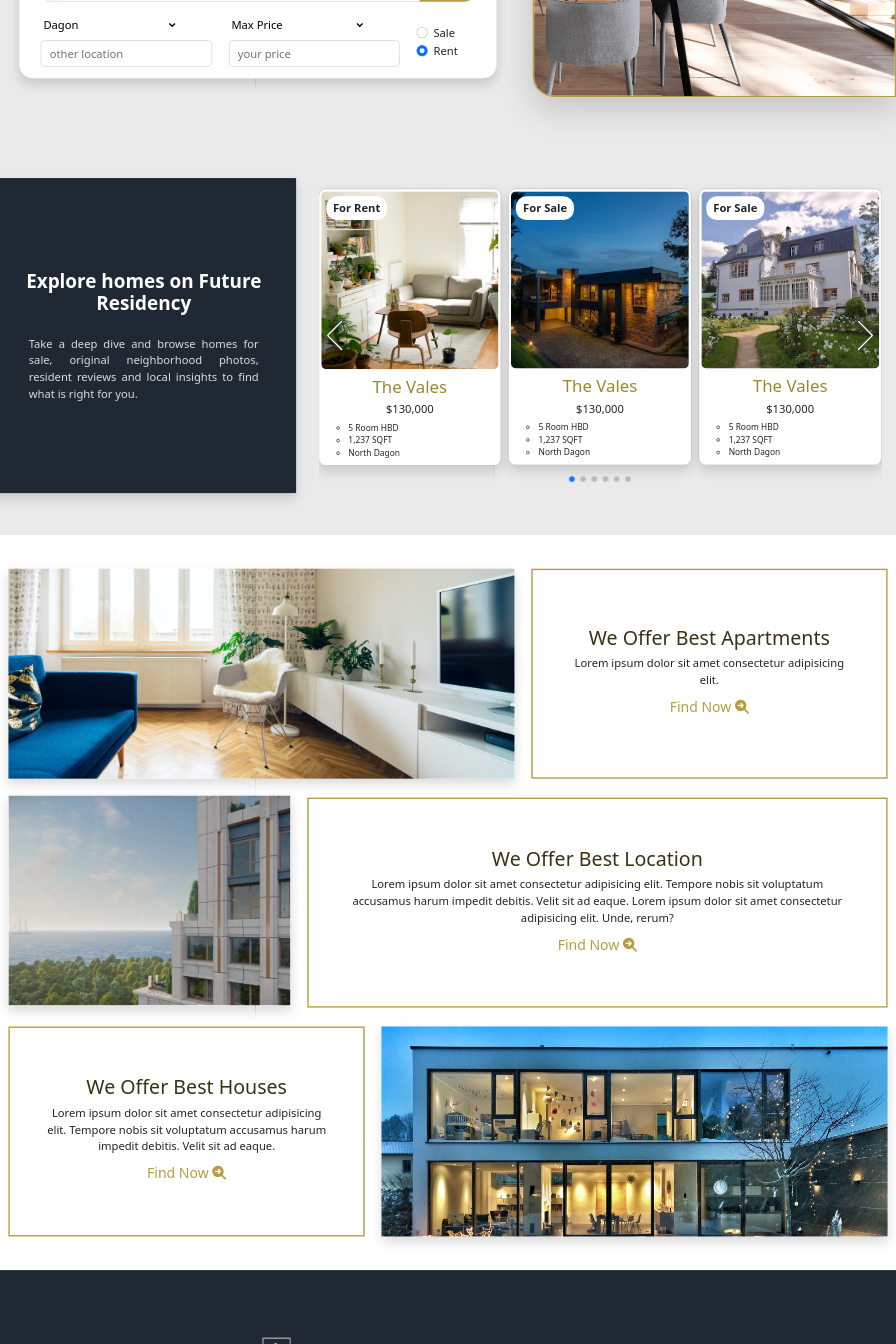
Repository: pyaestk/Future-residency
Page: index.html
An editor plug-in stored every save of this project. The page is shown before and after the next save, followed by the edit.
The browser window is 1280 px wide. The pictures show the part of the page from y = 508 to 2428 px (the page is 2765 px tall), at 70% of full size.
Pictures or frames that could not be fetched are drawn as grey boxes.

Above is the page before, as saved 2022-12-06 21:40:14.

### index.html
<!doctype html>
<html lang="en">

<head>
  <meta charset="utf-8">
  <meta name="viewport" content="width=device-width, initial-scale=1, minimum-scale=1, maximum-scale=1 ">
  <title>FUTURE-RESIDENCY</title>
  <!--bootstrap-->
  <link href="https://cdn.jsdelivr.net/npm/bootstrap@5.2.3/dist/css/bootstrap.min.css" rel="stylesheet"
    integrity="sha384-rbsA2VBKQhggwzxH7pPCaAqO46MgnOM80zW1RWuH61DGLwZJEdK2Kadq2F9CUG65" crossorigin="anonymous">

  <!--custom css-->
  <link rel="stylesheet" href="style.css" type="text/css">
  <link rel="stylesheet" href="styleMobileview.css" type="text/css">
  <link rel="stylesheet" href="styleTabletview.css" type="text/css">

  <!--font awesome-->
  <link rel="stylesheet" href="https://cdnjs.cloudflare.com/ajax/libs/font-awesome/6.2.1/css/all.min.css"
    integrity="sha512-MV7K8+y+gLIBoVD59lQIYicR65iaqukzvf/nwasF0nqhPay5w/9lJmVM2hMDcnK1OnMGCdVK+iQrJ7lzPJQd1w=="
    crossorigin="anonymous" referrerpolicy="no-referrer" />

  <!--swiper js-->
  <link rel="stylesheet" href="https://cdn.jsdelivr.net/npm/swiper@8/swiper-bundle.min.css" />

</head>

<body>

  <!-- background -->
  <div class="background"></div>
  <!--navigation-->
  <nav class="shadow">
    <div class="logo-area">
      <img src="img/FUTURE_ReSIDENCY-removebg-preview.png" alt="logo" class="logo">
      <span>FUTURE-RESIDENCY</span>
    </div>


    <!--desktop-->
    <div class="navlinks" id="nav-right">
      <div class="icon closeMenubar shadow" onclick="hideMenu()">
        <i class="fa-solid fa-xmark"></i>
      </div>
      <ul>
        <li><a href="#home">HOME</a></li>
        <li><a href="properties.html">PROPERTIES</a></li>
        <li><a href="aboutUs.html">ABOUT US</a></li>
        <li><a href="contactUs.html">CONTACT US</a></li>
        <a href="singIn.html" class="navibutton">JOIN</a></li>
      </ul>
    </div>
    <div class="icon openMenubar">
      <i class="fa-solid fa-bars" onclick="showMenu()"></i>
    </div>
  </nav>
  <!--end navigation-->


  <!--jumbotron-->
  <div class="jumbotron mb-5" id="home">
    <div class="row mt-3">

      <div class="col-md-7 content">
        <div class="row px-5 text-center">
          <div class="col-md-12 mt-4 px-1">
            <div class="subtext text-center">
              <h4>Future Residency Real Estate</h4>
            </div>
            <p>Discover A Place You'll Love To Live</p>
            <div class="subtext my-4 text-center">
              Save thousands. Use our innovative technology to walk you
              step-by-step through the home buying and selling process.
            </div>
            <hr>
          </div>
        </div>

        <div class="row justify-content-md-center formsession">
          <div class="col-md-12">
            <div class="mb-3 text-center"><span>Let's find a home that's perfect for you <i
                  class="fa-sharp fa-solid fa-caret-down"></i></span></div>
            <div class="searchSection shadow  py-3 ">
              <div class="row">
                <div class="container input-group form-area mb-3 searchgroup">
                  <input type="text" class="form-control searchbar" placeholder="Address, neighborhood, city, ZIP code">
                  <button><i class="fa-solid fa-magnifying-glass"></i></button>
                </div>
              </div>
              <div class="row">
                <div class="col-md-5 col">
                  <select name="" id="">
                    <option value="">Dagon</option>
                    <option value="">North Dagon</option>
                    <option value="">Yankin</option>
                    <option value="">San Chaung</option>
                  </select>
                  <input type="text" class="form-control" placeholder="other location">
                </div>
                <div class="col-md-5 col">
                  <select name="" id="">
                    <option value="">Max Price</option>
                    <option value="">Average</option>
                    <option value="">Min Price</option>
                  </select>
                  <input type="text" class="form-control" placeholder="your price">
                </div>
                <div class="col-md-2 pt-3 col-3">
                  <div class="form-check">
                    <input class="form-check-input" type="radio" name="flexRadioDefault" id="flexRadioDefault1">
                    <label class="form-check-label" for="flexRadioDefault1">
                      Sale
                    </label>
                  </div>
                  <div class="form-check">
                    <input class="form-check-input" type="radio" name="flexRadioDefault" id="flexRadioDefault2" checked>
                    <label class="form-check-label" for="flexRadioDefault2">
                      Rent
                    </label>
                  </div>
                </div>
              </div>
            </div>
          </div>
        </div>
      </div>

      <div class="col-md-5 text-center customCarousel my-2">
        <div id="carouselExampleCaptions" class="carousel slide w-100" data-bs-ride="true">
          <div class="carousel-inner carouselborder shadow-lg">
            <div class="carousel-item active">
              <img src="img/carousel1.jpg" class="img-fluid d-block w-100" alt="...">
            </div>
            <div class="carousel-item">
              <img src="img/carousel2.jpg" class="img-fluid d-block w-100" alt="...">
            </div>
            <div class="carousel-item">
              <img src="img/carousel3.jpg" class="img-fluid d-block w-100" alt="...">
            </div>
          </div>
          <button class="carousel-control-next" type="button" data-bs-target="#carouselExampleCaptions"
            data-bs-slide="next">
            <span class="carousel-control-next-icon" aria-hidden="true"></span>
            <span class="visually-hidden">Next</span>
          </button>
        </div>
      </div>
    </div>
  </div>
  <!--end jumbotron-->

  <div class="group1">
    <div class="row">

      <div class="col-md-4">
        <div class="row label2 shadow">
          <div class="col-md-12 text-center">

            <h3>Explore homes on Future Residency</h3>
            <p class="sublabel">
              Take a deep dive and browse homes for sale, original neighborhood photos, resident reviews and local
              insights to find what is right for you.
            </p>

          </div>
        </div>
      </div>

      <div class="col-md-8">

        <div class="row featuredcard">
          <div class="col-md-12">
            <!--index swiperJs-->
            <div class="swiper mySwiper">
              <div class="swiper-wrapper mb-4">
                <div class="swiper-slide">

                  <div class="card salecard shadow">
                    <div class="salecard-img">
                      <img src="img/apartment1.jpg" class="card-img-top" alt="...">
                      <div class="layer">
                        <h6> See More <i class="fa-sharp fa-solid fa-arrow-right-from-bracket"></i></h6>
                      </div>
                      <div class="layer2">
                        <span>For Rent</span>
                      </div>
                    </div>
                    <div class="salecard-body">
                      <div class="row">
                        <div class="col-md-12 text-center">
                          <h4>The Vales</h4>
                          <h6>$130,000</h6>
                        </div>
                        <div class="col-md-12">
                          <li>5 Room HBD</li>
                          <li>1,237 SQFT</li>
                          <li>North Dagon</li>
                        </div>
                      </div>
                    </div>
                  </div>

                </div>
                <div class="swiper-slide">

                  <div class="card salecard shadow">
                    <div class="salecard-img">
                      <img src="img/house3.jpg" class="card-img-top" alt="...">
                      <div class="layer">
                        <h6> See More <i class="fa-sharp fa-solid fa-arrow-right-from-bracket"></i></h6>
                      </div>
                      <div class="layer2">
                        <span>For Sale</span>
                      </div>
                    </div>
                    <div class="salecard-body">
                      <div class="row">
                        <div class="col-md-12 text-center">
                          <h4>The Vales</h4>
                          <h6>$130,000</h6>
                        </div>
                        <div class="col-md-12">
                          <li>5 Room HBD</li>
                          <li>1,237 SQFT</li>
                          <li>North Dagon</li>
                        </div>
                      </div>
                    </div>
                  </div>

                </div>
                <div class="swiper-slide">

                  <div class="card salecard shadow">
                    <div class="salecard-img">
                      <img src="img/house1.jpg" class="card-img-top" alt="...">
                      <div class="layer">
                        <h6> See More <i class="fa-sharp fa-solid fa-arrow-right-from-bracket"></i></h6>
                      </div>
                      <div class="layer2">
                        <span>For Sale</span>
                      </div>
                    </div>
                    <div class="salecard-body">
                      <div class="row">
                        <div class="col-md-12 text-center">
                          <h4>The Vales</h4>
                          <h6>$130,000</h6>
                        </div>
                        <div class="col-md-12">
                          <li>5 Room HBD</li>
                          <li>1,237 SQFT</li>
                          <li>North Dagon</li>
                        </div>
                      </div>
                    </div>
                  </div>

                </div>
                <div class="swiper-slide">

                  <div class="card salecard shadow">
                    <div class="salecard-img">
                      <img src="img/house5.jpg" class="card-img-top" alt="...">
                      <div class="layer">
                        <h6> See More <i class="fa-sharp fa-solid fa-arrow-right-from-bracket"></i></h6>
                      </div>
                      <div class="layer2">
                        <span>For Sale</span>
                      </div>
                    </div>
                    <div class="salecard-body">
                      <div class="row">
                        <div class="col-md-12 text-center">
                          <h4>The Vales</h4>
                          <h6>$130,000</h6>
                        </div>
                        <div class="col-md-12">
                          <li>5 Room HBD</li>
                          <li>1,237 SQFT</li>
                          <li>North Dagon</li>
                        </div>
                      </div>
                    </div>
                  </div>

                </div>
                <div class="swiper-slide">

                  <div class="card salecard shadow">
                    <div class="salecard-img">
                      <img src="img/house10.jpg" class="card-img-top" alt="...">
                      <div class="layer">
                        <h6> See More <i class="fa-sharp fa-solid fa-arrow-right-from-bracket"></i></h6>
                      </div>
                      <div class="layer2">
                        <span>For Sale</span>
                      </div>
                    </div>
                    <div class="salecard-body">
                      <div class="row">
                        <div class="col-md-12 text-center">
                          <h4>The Vales</h4>
                          <h6>$130,000</h6>
                        </div>
                        <div class="col-md-12">
                          <li>5 Room HBD</li>
                          <li>1,237 SQFT</li>
                          <li>North Dagon</li>
                        </div>
                      </div>
                    </div>
                  </div>

                </div>
                <div class="swiper-slide">

                  <div class="card salecard shadow">
                    <div class="salecard-img">
                      <img src="img/apartment5.jpg" class="card-img-top" alt="...">
                      <div class="layer">
                        <h6> See More <i class="fa-sharp fa-solid fa-arrow-right-from-bracket"></i></h6>
                      </div>
                      <div class="layer2">
                        <span>For Rent</span>
                      </div>
                    </div>
                    <div class="salecard-body">
                      <div class="row">
                        <div class="col-md-12 text-center">
                          <h4>The Vales</h4>
                          <h6>$130,000</h6>
                        </div>
                        <div class="col-md-12">
                          <li>5 Room HBD</li>
                          <li>1,237 SQFT</li>
                          <li>North Dagon</li>
                        </div>
                      </div>
                    </div>
                  </div>

                </div>

              </div>

              <div class="swiper-button-next" style="color: #ffffff;   -webkit-text-stroke-width: 1px;
              -webkit-text-stroke-color: #1F2833;"></div>

              <div class="swiper-button-prev text-light" style="color: #ffffff;   -webkit-text-stroke-width: 1px;
              -webkit-text-stroke-color: #1F2833;"></div>

              <div class="swiper-pagination"></div>
            </div>
          </div>
          <!--swiperJs end-->
        </div>
      </div>

    </div>
  </div>
  <!--group1 end-->




  <div class="container-fluid pt-5">
    <div class="row pic-container">
      <div class="col-md-7">
        <div class="pic1">
          <img class="shadow" src="img/jarek-ceborski-jn7uVeCdf6U-unsplash.jpg" alt="">
        </div>
      </div>
      <div class=" col-md-5 d-flex flex-column justify-content-center">
        <div class="pic1-caption d-flex flex-column justify-content-center px-5 align-items-center">
          <h3>We Offer Best Apartments</h3>
          <span>Lorem ipsum dolor sit amet consectetur adipisicing elit.
          </span>
          <h6>Find Now <i class="fa-solid fa-magnifying-glass-arrow-right"></i></h6>
        </div>
      </div>
    </div>
  </div>
  <div class="container-fluid pt-2">
    <div class="row mt-3">
      <div class="col-md-4 vid">
        <video class="shadow" src="img/1624370561481-FbR_sea_fin_2905 - converted with Clipchamp.mp4" muted poster="img/Screenshot 2022-12-05 124058.jpg" onmouseover="this.play()" onmouseout="this.pause()"></video>
      </div>
      <div class=" col-md-8 d-flex flex-column justify-content-center">
        <div class="vid-caption px-5 d-flex flex-column justify-content-center align-items-center">
          <h3>We Offer Best Location</h3>
          <span>Lorem ipsum dolor sit amet consectetur adipisicing elit.
            Tempore nobis sit voluptatum accusamus harum impedit debitis.
            Velit sit ad eaque.
            Lorem ipsum dolor sit amet consectetur adipisicing elit. Unde, rerum?
          </span>
          <h6>Find Now <i class="fa-solid fa-magnifying-glass-arrow-right"></i></h6>
        </div>
      </div>

    </div>
  </div>

  <div class="container-fluid pt-2 mb-5">
    <div class="row mt-3 pic2-container">

      <div class=" col-md-5 d-flex flex-column justify-content-center">
        <div class="pic2-caption px-5 d-flex flex-column justify-content-center align-items-center">
          <h3>We Offer Best Houses</h3>
          <span>Lorem ipsum dolor sit amet consectetur adipisicing elit.
            Tempore nobis sit voluptatum accusamus harum impedit debitis.
            Velit sit ad eaque.
          </span>
          <h6>Find Now <i class="fa-solid fa-magnifying-glass-arrow-right"></i></h6>
        </div>
      </div>
      <div class="col-md-7 pic2">
        <img class="shadow" src="img/stephan-bechert-yFV39g6AZ5o-unsplash.jpg" alt="">
      </div>

    </div>
  </div>









  <!--footer-->
  <div class="footer pt-5">
    <div class="container text-center text-white">
      <div class="row">
        <div class="col-md-12 my-5">
          <h2><img src="img/FUTURE_ReSIDENCY-removebg-preview-modified.png" alt="logo" class="logo pb-2"><span>
              FUTURE-RESIDENCY </span> Real Estate</h2>
        </div>
      </div>
      <div class="row pb-5 gap-5 justify-content-md-center">
        <div class="col col-md-2">
          <h5>Our company</h5>
          <div>About Us</div>
          <div>Privacy Policy</div>
          <div>Terms of Service</div>
        </div>
        <div class="col-md-auto">
          <h5>Advertise with us</h5>
          <div>List a Property</div>
          <div>Business Solutions</div>
        </div>
        <div class="col col-md-2">
          <h5>Let Us Help</h5>
          <div>Avoid Scams</div>
          <div>Contact Us</div>
          <div>Site Map</div>
        </div>
      </div>
      <hr>
      <div class="row text-center pb-2">
        <div class="col-md-12">
          <span class="copyright">© 2022 Rent Group Inc. All rights reserved. All photos, videos, text and other content
            are the property of Future-Residency Group Inc. APARTMENT GUIDE and the APARTMENT GUIDE Trade Dress
            are registered trademarks of Future-Residency Inc. or its affiliates.</span>
        </div>
      </div>
    </div>
  </div>



  <!--swiper js-->
  <script src="https://cdn.jsdelivr.net/npm/swiper@8/swiper-bundle.min.js"></script>

  <!--javascript-->
  <script src="app.js"></script>

  <!--bootstrap-->
  <script src="https://cdn.jsdelivr.net/npm/bootstrap@5.2.3/dist/js/bootstrap.bundle.min.js"
    integrity="sha384-kenU1KFdBIe4zVF0s0G1M5b4hcpxyD9F7jL+jjXkk+Q2h455rYXK/7HAuoJl+0I4"
    crossorigin="anonymous"></script>
</body>

</html>

### styleMobileview.css

/* mobile view */

@media only screen and (max-width: 767px) {

  /* navigation */
  .icon{
    display: block;
    cursor: pointer;
  }
  nav{
    z-index: 1000;
  }
  .navlinks{
    position: absolute;
    background-color: rgb(216, 216, 216);
    height: 100vh;
    width: 100vw;
    top: 0;
    right: -100vw;
    text-align: left;
    z-index: 10;
    transition: .7s;
  }
  .navlinks ul li a{
    color: black;
  }
  .navlinks ul li{
    display: block;
    margin: 50px 0;
    border-radius: 20px;
  }
  .navlinks ul{
    padding-left: 0;
    text-align: center;
  }
  .navibutton{
    margin-left: 0;
    color: black;
    border: 2px solid black;
  }
  .navlinks .closeMenubar{
    background-color: white;
    display: block;
    padding: 15px 20px;
    text-align: end;
  }
  /* navigation end */

  /* jumbotron */
  .jumbotron p{
    font-size: 55px;
  }
  .subtext h4, .subtext{
    font-size: 13px;
  }
  .indexBackground{
    background: linear-gradient(90deg, #EAEAEA 65%, #EAEAEA -30%);
  }
  .searchSection{
    margin: 10px 10px;
  }
  .customCarousel{
    margin-left: 10px;
  }
  .carousel-control-next{
    padding-right: 30px;
  }
  /* jumbotron end */

  /* first group */
  .group1{
    padding-top: 10px;
    padding-bottom: 10px;
  }
  .label2{
    margin-left: 10px;
    border-radius: 10px;
    margin: 0 10px;
    padding: 40px 15px 40px 15px;
  }
  .label2 h3{
    font-size: 20px;
  }
  .sublabel{
    font-size: 13px;
    padding-top: 10px;
  }
  .salecard li{
    padding-left: 20px;
  }
  .featuredcard{
    padding: 0 10px;
  }
  /* second group */
  .group2 .col-md-8{
    order: 2;
  }
  .label{
    margin: 0 10px;
    padding: 30px 0;
    border-radius: 5px 20px 20px 5px;
  }
  .label h3{
    font-size: 20px;
    padding: 20px 10px;
  }


  .salecard h6{
    font-size: 12px;
    padding-bottom: 0;
  }
  .salecard li{
    font-size: 10px;
    list-style-type: circle;
  }
  .layer h5{
    font-size: 12px;
  }

  .layer2{
    font-size: 10px;
    padding: 3px 3px;
  }
  .pic2-container .col-md-5{
    order: 2;
  }

  /* properties */
  .searchSection{
    font-size: 13px;
  }
  .searchSection input::placeholder{
    font-size: 13px;
  }

  /* aboutUs */
  .ourhistory .label2{
    color: white;
    background-color: #1F2833;
    margin-left: 10px;
    border-radius: 5px 20px 20px 5px;
    margin: 10px 10px;
    padding: 10px;
  }
  .ourhistory .history{
    border-radius: 20px 5px 5px 20px;
    margin: 30px 10px 0px 10px;
  }
  .history{
    text-align: justify;
  }
  .locationsession{
    text-align: center;
    margin: 10px;
  }

  /* contact us */
  .contactsession .cards{
    width: 320px;
  }
  .contactsession .card-body{
    padding: 25px 5px;
  }
  .contactsession h3{
    font-size: 15px;
  }
  .card-text{
    font-size: 14px;
  }
  .contactCard{
    height: 300px;
  }
  .contactCard h4{
    font-size: 18px;
  }
  .contactCard h6{
    font-size: 14px;
  }
  .contactCard p{
    font-size: 12px;
  }


  /* sign in page */
  .login-form{
    min-height: 60vh;
  }
  .login-video{
    margin-top: 25px;
  }
  .loginlayer{
    width: 270px;
  }
  .loginlayer h3{
    font-size: 20px;
  }
  .loginlayer h6{
    font-size: 13px;
  }

  /* saleitem page */
  .itemDetail{
    margin-top: 25px;
    margin-bottom: 30px;
  }

  /* footer */
  .footer h2{
    font-size: 19px;
  }
  .footer h5{
    font-size: 17px;
  }
  .footer{
    font-size: 12px;
  }
  .footer .copyright{
    font-size: 12px;
  }

}

Loaded but not shown: app.js (83 lines, source omitted); style.css (662 lines, source omitted); styleTabletview.css (234 lines, source omitted)

After the next save:
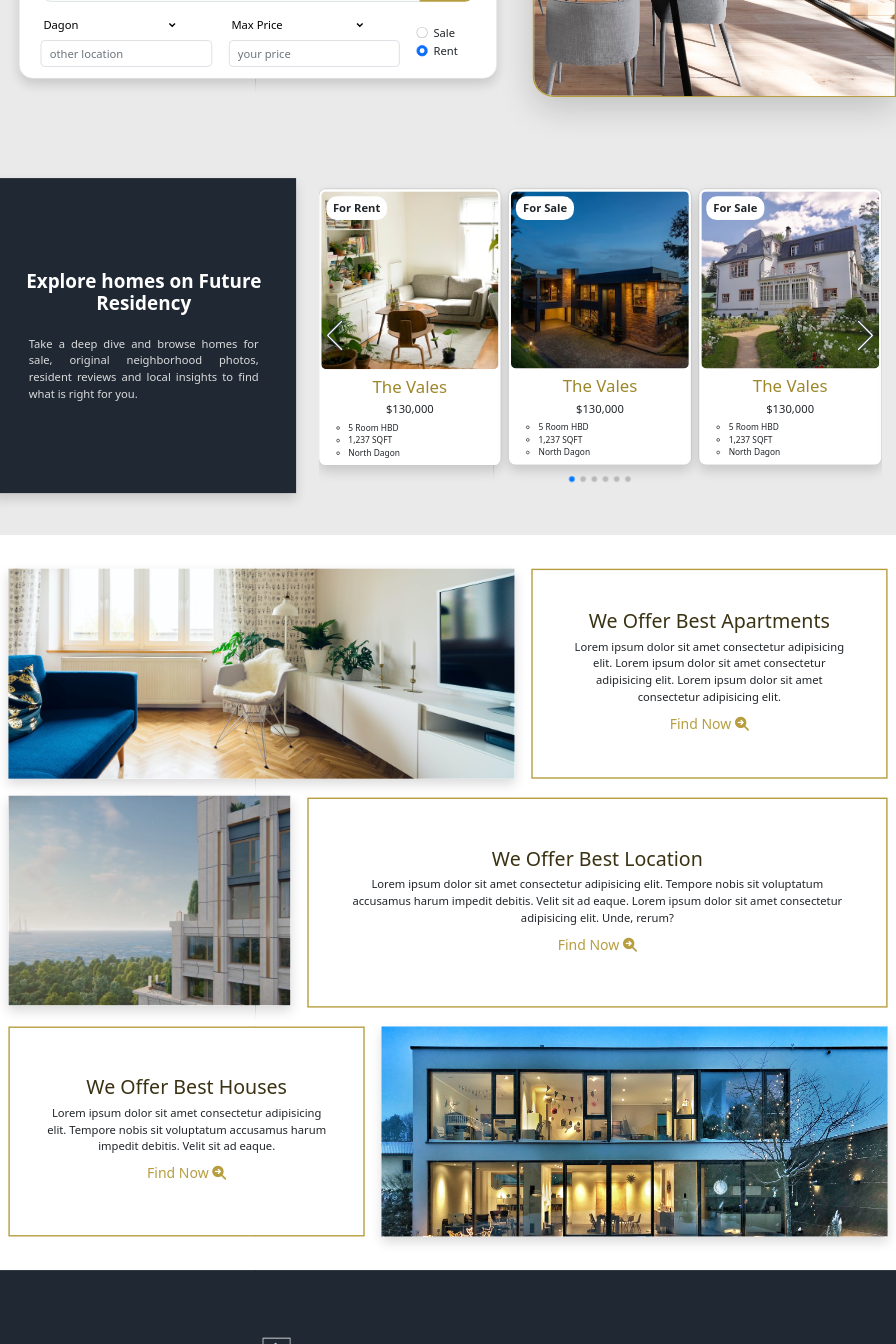
Saved 10 s later.
--- a/index.html
+++ b/index.html
@@ -374,6 +374,8 @@
         <div class="pic1-caption d-flex flex-column justify-content-center px-5 align-items-center">
           <h3>We Offer Best Apartments</h3>
           <span>Lorem ipsum dolor sit amet consectetur adipisicing elit.
+            <span>Lorem ipsum dolor sit amet consectetur adipisicing elit.
+              <span>Lorem ipsum dolor sit amet consectetur adipisicing elit.
           </span>
           <h6>Find Now <i class="fa-solid fa-magnifying-glass-arrow-right"></i></h6>
         </div>
